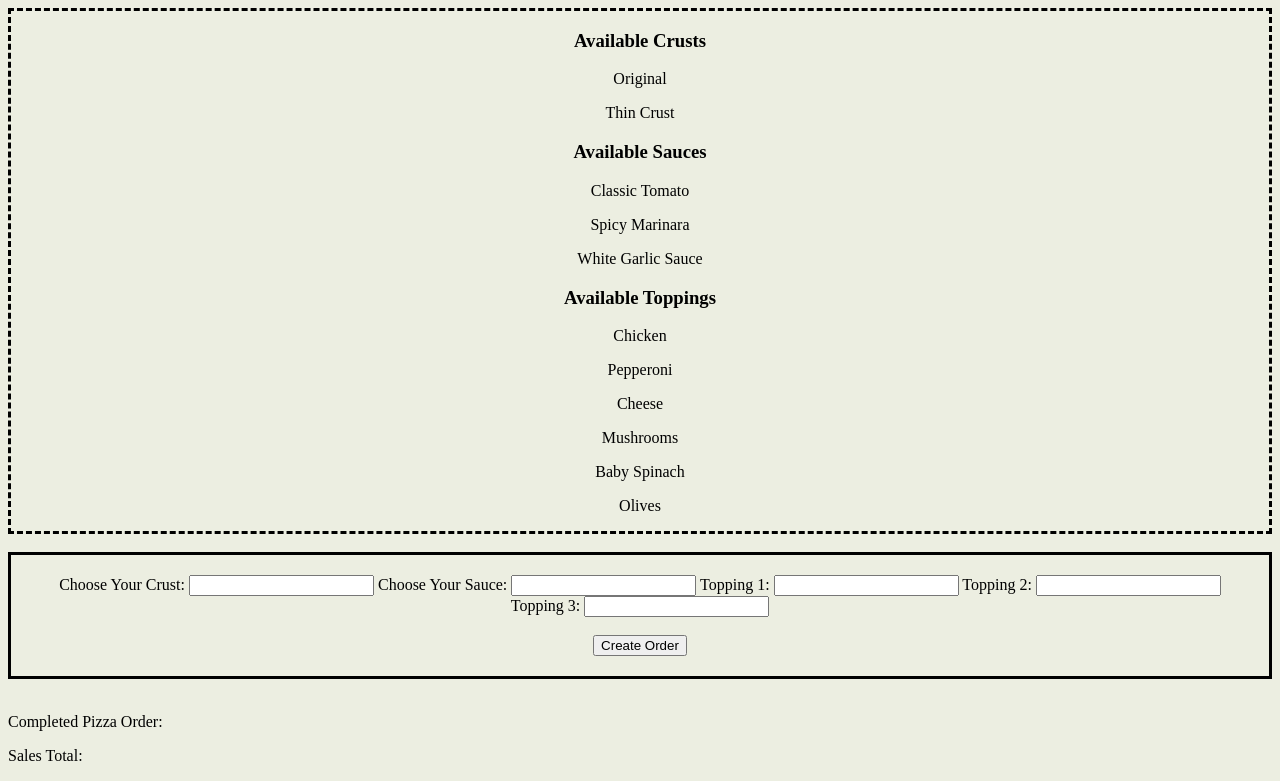
Repository: EmmanuelMefor/Pizza-order
Page: index.html
These files come from the project's save history. The page is drawn as it stood at one moment and after the next save; the edit follows.
The browser window is 1280 px wide. The pictures show the whole page.
Some web fonts or font styles are not loaded; a fallback is used.

Above is the page before, as saved 2024-01-05 18:38:43.
Console error: ReferenceError: Btn is not defined

### index.html
<!DOCTYPE  html>
<html>
    <head>
        <title>Lesson 10 Final</title>
        <meta charset="utf-8">
        <link rel="stylesheet" href="style.css">
        <link rel="preconnect" href="https://fonts.gstatic.com">
        <link href="https://fonts.googleapis.com/css2?family=Goldman:wght@400;700&display=swap" rel="stylesheet">
    </head>
    <body>
        <div class="createOrder">
            <h3>Available Crusts</h3>
            <p>Original</p>
            <p>Thin Crust</p>




            <h3>Available Sauces</h3>
            <p>Classic Tomato</p>
            <p>Spicy Marinara</p>
            <p>White Garlic Sauce</p>




            <h3 class>Available Toppings</h3>
            <p>Chicken</p>
            <p>Pepperoni</p>
            <p>Cheese</p>
            <p>Mushrooms</p>
            <p>Baby Spinach</p>
            <p>Olives</p>
        </div>

    </br>

        <div class="form">
            <form>
                <label for="crust">Choose Your Crust:</label>
                <input type="text" id="crust" />
                <label for="sauce">Choose Your Sauce:</label>
                <input type="text" id="sauce" />
                <label for="Topping 1">Topping 1:</label>
                <input type="text" id="Topping 1">
                <label for="Topping 2">Topping 2:</label>
                <input type="text" id="t2">
                <label for="Topping 3">Topping 3:</label>
                <input type="text" id="t3"> <br>
                <br>
                <button type="submit" id="btn">Create Order</button>

            </form>
            </div>

        </br>

            <div id="Order">
                <p>Completed Pizza Order:</p>

            <div id="pizzaOrder">
                </div>

                <div id="toppings">
                    <p>Sales Total:</p>

                    <div id="total$">
                </div>

                </div>

                 <script src="script.js"></script>
                </body>

                </html>

### style.css
body {
  background-color: #eceee1;
}

.createOrder {
  text-align: center;
  border-style: dashed;
}

form {
  border: px;
  padding-top: 20px;
  padding-right: 20px;
  padding-left: 20px;
  padding-bottom: 20px;
  text-align: center;
  border-style: solid;
}

#labels {
  display: block;
}

.T {
  border-style: dotted;
  border-width: 5px;
  text-align: center;
}

.s {
  text-align: center;
  border-style: double;
}

### script.js
// Global variables
var crust = document.getElementById("crust");

var sauce = document.getElementById("sauce");

// toppings array
var topping = [
  "chicken",
  "Pepperoni",
  "Cheese",
  "Mushrooms",
  "BabySpinach",
  "Olives",
];
for (var i = 0; i < topping.length; i++)
  // event listener
  var formButton = document.getElementById("btn");
Btn.addEventListener("click", function calculateTotal(toppings) {
  event.preventDefault();

  //   var topping 1 = document.getElementById ("t1").value;
  //   var topping 2 = document.getElementById ("t2").value;
  //   var topping 3 = document.getElementById ("t3").value;
});

function calculateTotal(toppings) {
  let total = 0;
  let toppingCost = 2.5;
  let baseCost = 5.5; // cost of crust and sauce

  // order string concatenation

  let orderString = crust + sauce[i];

  let toppingString = "Toppings: ";

  // For Loop
  total = total + toppingCost;
  toppingString = toppingString + toppingArray[i];

  // total = baseCost + cost of all toppings
  total = total + baseCost;

  // set DOM total += total
  document.getElementById("total" + "$").innerHTML = total;
  // use DOM: = orderString
  document.getElementById("pizzaOrders").innerHTML = order;
  // use DOM: = toppingString
  document.getElementById("toppings").innerHTML = toppings;
}

After the next save:
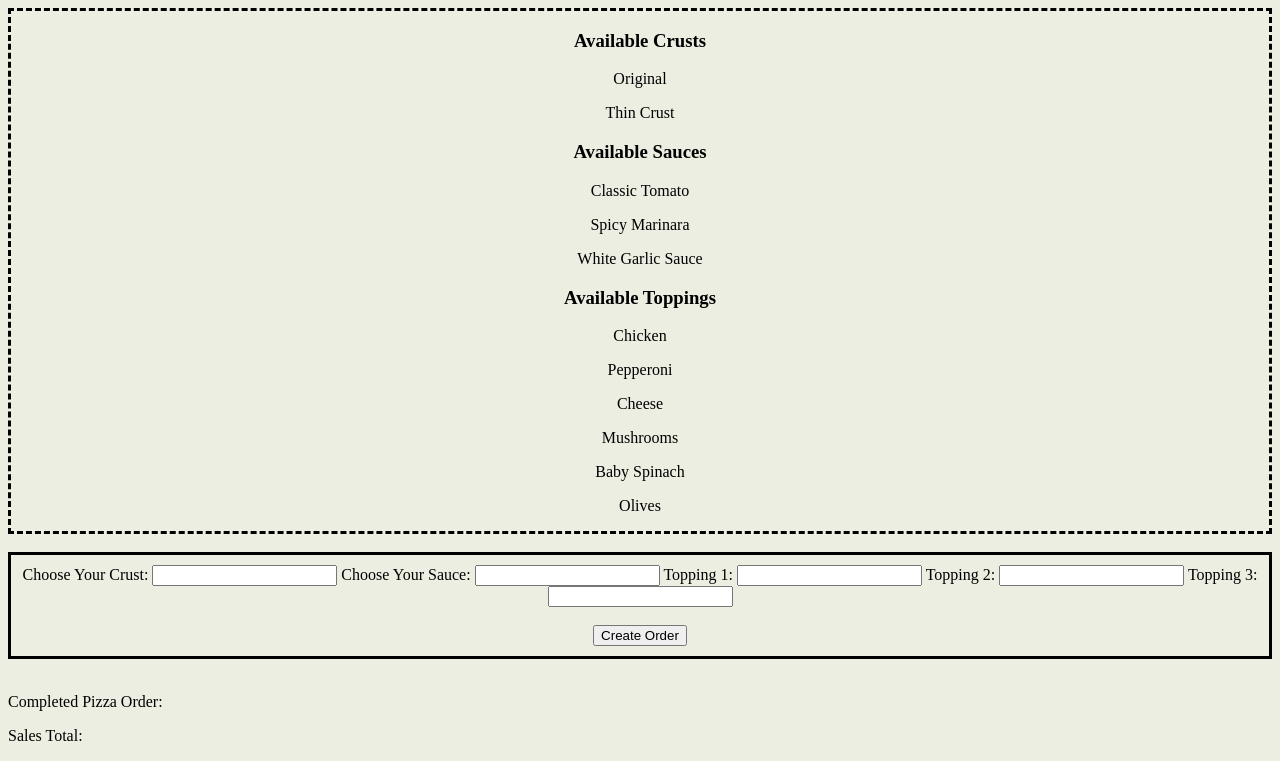
Saved 3 min 18 s later.
--- a/style.css
+++ b/style.css
@@ -9,10 +9,10 @@ body {
 
 form {
   border: px;
-  padding-top: 20px;
-  padding-right: 20px;
-  padding-left: 20px;
-  padding-bottom: 20px;
+  padding-top: 10px;
+  padding-right: 10px;
+  padding-left: 10px;
+  padding-bottom: 10px;
   text-align: center;
   border-style: solid;
 }
